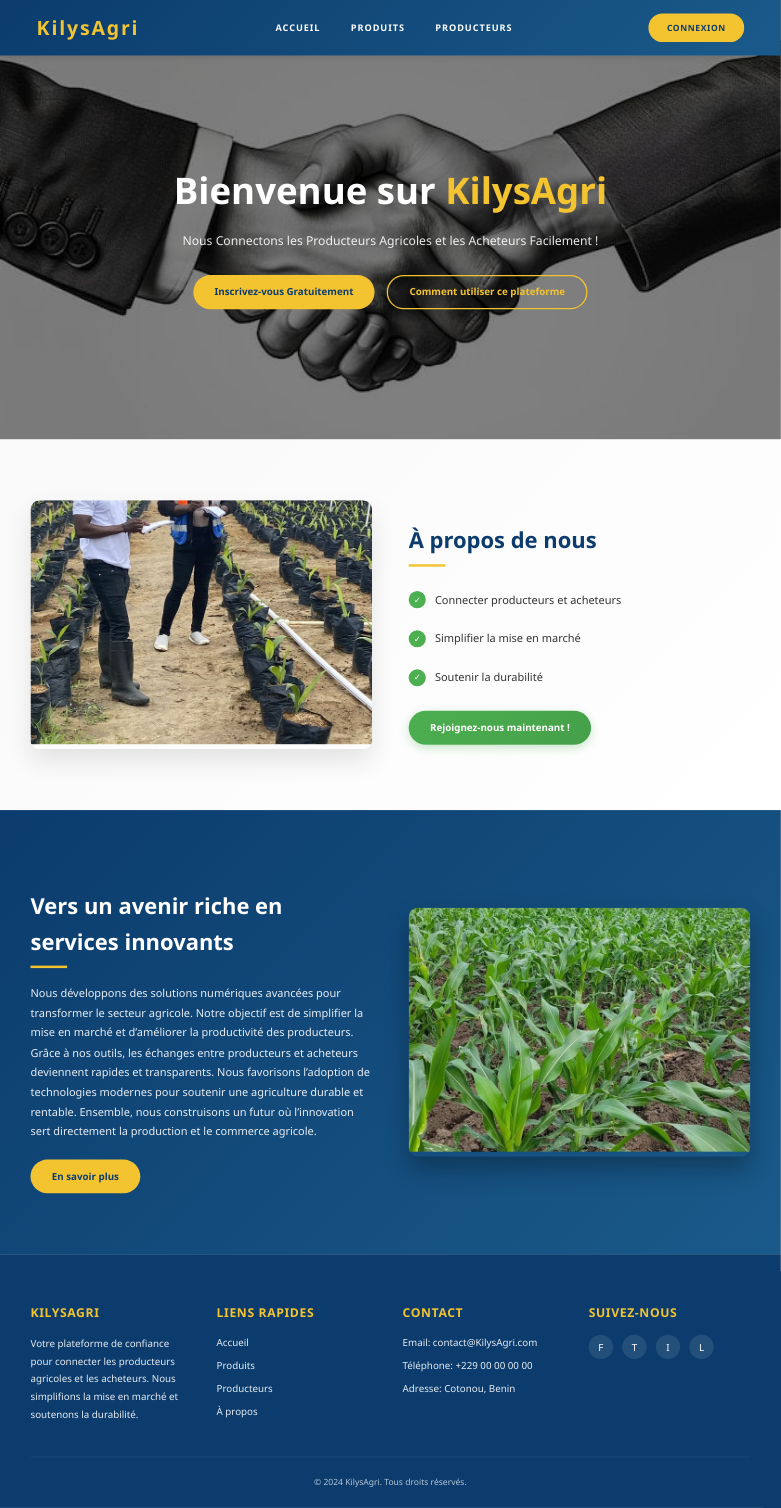
Repository: KILAYOSSI/projetdesoutenance
Page: templates/home/index.html.twig
An editor plug-in stored every save of this project. The page is shown before and after the next save, followed by the edit.
The browser window is 1280 px wide. The pictures show the whole page, at 61% of full size.
The page is a Twig template of a Symfony application; nobody is signed in and links lead nowhere. The template is opened directly, without the code that normally fills it, so the values that code supplies are empty.

Above is the page before, as saved 2026-02-25 16:20:57.

### templates/home/index.html.twig
{% extends 'base.html.twig' %}

{% block title %}Accueil - KilysAgri{% endblock %}

{% block body %}

<!-- NAVBAR -->
<nav class="navbar">
    <div class="logo">KilysAgri</div>
    <ul>
        <li><a href="#">ACCUEIL</a></li>
        <li><a href="#">PRODUITS</a></li>
        <li><a href="#">PRODUCTEURS</a></li>
    </ul>
    <a href="#" class="btn-login">CONNEXION</a>
</nav>

<!-- HERO SECTION -->
<section class="hero">
    <div class="overlay">
        <h1>Bienvenue sur <span>KilysAgri</span></h1>
        <p>Nous Connectons les Producteurs Agricoles et les Acheteurs Facilement !</p>

        <div class="buttons">
            <a href="#" class="btn-primary">Inscrivez-vous Gratuitement</a>
            <a href="#" class="btn-outline">Comment utiliser ce plateforme</a>
        </div>
    </div>
</section>

<!-- A PROPOS -->
<section class="about">
    <div class="container">
        <div class="about-image">
            <img src="{{ asset('images/zooll.jpeg') }}" alt="">
        </div>
        <div class="about-text">
            <h2>À propos de nous</h2>

            <ul>
                <li>Connecter producteurs et acheteurs</li>
                <li>Simplifier la mise en marché</li>
                <li>Soutenir la durabilité</li>
            </ul>

            <a href="#" class="btn-green">Rejoignez-nous maintenant !</a>
        </div>
    </div>
</section>

<!-- SECTION FUTUR -->
<section class="future">
    <div class="container">
        <div class="future-image">
            <img src="{{ asset('images/zzis.jpeg') }}" alt="">
        </div>
        <div class="future-text">
            <h2>Vers un avenir riche en services innovants</h2>
            <p>
                Nous développons des solutions numériques avancées pour transformer le secteur agricole.
Notre objectif est de simplifier la mise en marché et d’améliorer la productivité des producteurs.
Grâce à nos outils, les échanges entre producteurs et acheteurs deviennent rapides et transparents.
Nous favorisons l’adoption de technologies modernes pour soutenir une agriculture durable et rentable.
Ensemble, nous construisons un futur où l’innovation sert directement la production et le commerce agricole.
            </p>
            <a href="#" class="btn-primary">En savoir plus</a>
        </div>
    </div>
</section>

<!-- FOOTER -->
<footer class="footer">
    <div class="footer-container">
        <div class="footer-section">
            <h3>KilysAgri</h3>
            <p>Votre plateforme de confiance pour connecter les producteurs agricoles et les acheteurs. Nous simplifions la mise en marché et soutenons la durabilité.</p>
        </div>
        <div class="footer-section">
            <h3>Liens rapides</h3>
            <ul>
                <li><a href="#">Accueil</a></li>
                <li><a href="#">Produits</a></li>
                <li><a href="#">Producteurs</a></li>
                <li><a href="#">À propos</a></li>
            </ul>
        </div>
        <div class="footer-section">
            <h3>Contact</h3>
            <ul>
                <li><a href="#">Email: contact@KilysAgri.com</a></li>
                <li><a href="#">Téléphone: +229 00 00 00 00</a></li>
                <li><a href="#">Adresse: Cotonou, Benin</a></li>
            </ul>
        </div>
        <div class="footer-section">
            <h3>Suivez-nous</h3>
            <div class="social-links">
                <a href="#">F</a>
                <a href="#">T</a>
                <a href="#">I</a>
                <a href="#">L</a>
            </div>
        </div>
    </div>
    <div class="footer-bottom">
        <p>&copy; 2024 KilysAgri. Tous droits réservés.</p>
    </div>
</footer>

{% endblock %}

### templates/base.html.twig
<!DOCTYPE html>
<html>
    <head>
        <meta charset="UTF-8">
        <title>{% block title %}Welcome!{% endblock %}</title>
        <link rel="stylesheet" href="{{ asset('css/style.css') }}">
        {% block stylesheets %}{% endblock %}
        {% block javascripts %}{% endblock %}
    </head>
    <body>
        {% block body %}{% endblock %}
    </body>
</html>

### public/css/style.css
body {
    margin: 0;
    font-family: 'Segoe UI', Arial, sans-serif;
    color: #333;
    line-height: 1.6;
}

/* NAVBAR */
.navbar {
    display: flex;
    justify-content: space-between;
    align-items: center;
    background: linear-gradient(135deg, #0b3c6d 0%, #1a5a8a 100%);
    padding: 20px 60px;
    position: fixed;
    width: 100%;
    top: 0;
    z-index: 1000;
    box-shadow: 0 2px 10px rgba(0,0,0,0.1);
    box-sizing: border-box;
}

.navbar .logo {
    color: #f4c430;
    font-size: 32px;
    font-weight: 800;
    letter-spacing: 3px;
    flex-shrink: 0;
}

.navbar ul {
    list-style: none;
    display: flex;
    gap: 50px;
    margin: 0;
    padding: 0;
    justify-content: center;
    flex-grow: 1;
}

.navbar ul li a {
    color: white;
    text-decoration: none;
    font-weight: 600;
    font-size: 15px;
    text-transform: uppercase;
    letter-spacing: 1.5px;
    transition: color 0.3s;
    padding: 10px 0;
    position: relative;
}

.navbar ul li a::after {
    content: '';
    position: absolute;
    bottom: 0;
    left: 0;
    width: 0;
    height: 2px;
    background: #f4c430;
    transition: width 0.3s;
}

.navbar ul li a:hover {
    color: #f4c430;
}

.navbar ul li a:hover::after {
    width: 100%;
}

.btn-login {
    background: #f4c430;
    color: #0b3c6d;
    padding: 12px 30px;
    text-decoration: none;
    border-radius: 30px;
    font-weight: 700;
    font-size: 14px;
    text-transform: uppercase;
    letter-spacing: 1px;
    transition: all 0.3s;
    flex-shrink: 0;
}

.btn-login:hover {
    transform: translateY(-2px);
    box-shadow: 0 5px 20px rgba(244, 196, 48, 0.5);
    background: #ffe066;
}

/* HERO */
.hero {
    height: 100vh;
    background: linear-gradient(rgba(0,0,0,0.5), rgba(0,0,0,0.5)), url('../images/ZOS.jpeg') center/cover no-repeat;
    position: relative;
    display: flex;
    align-items: center;
    justify-content: center;
}

.overlay {
    text-align: center;
    color: white;
    padding: 20px;
    max-width: 800px;
}

.overlay h1 {
    font-size: 60px;
    margin-bottom: 20px;
    font-weight: 700;
}

.overlay span {
    color: #f4c430;
}

.overlay p {
    font-size: 20px;
    margin-bottom: 40px;
    opacity: 0.9;
}

.buttons {
    display: flex;
    gap: 20px;
    justify-content: center;
    flex-wrap: wrap;
}

.btn-primary {
    background: #f4c430;
    padding: 15px 35px;
    color: #0b3c6d;
    text-decoration: none;
    border-radius: 30px;
    font-weight: bold;
    font-size: 16px;
    transition: all 0.3s;
}

.btn-primary:hover {
    background: #e5b82a;
    transform: translateY(-3px);
    box-shadow: 0 10px 25px rgba(244, 196, 48, 0.4);
}

.btn-outline {
    border: 2px solid #f4c430;
    padding: 13px 35px;
    color: #f4c430;
    text-decoration: none;
    border-radius: 30px;
    font-weight: bold;
    font-size: 16px;
    transition: all 0.3s;
}

.btn-outline:hover {
    background: #f4c430;
    color: #0b3c6d;
}

/* ABOUT SECTION */
.about {
    padding: 100px 50px;
    background: linear-gradient(135deg, #f9f9f9 0%, #ffffff 100%);
}

.about .container {
    display: flex;
    align-items: center;
    gap: 60px;
    max-width: 1200px;
    margin: 0 auto;
}

.about-image {
    flex: 1;
    border-radius: 15px;
    overflow: hidden;
    box-shadow: 0 20px 40px rgba(0,0,0,0.1);
}

.about-image img {
    width: 100%;
    height: 400px;
    object-fit: cover;
    transition: transform 0.5s;
}

.about-image:hover img {
    transform: scale(1.05);
}

.about-text {
    flex: 1;
}

.about-text h2 {
    color: #0b3c6d;
    font-size: 36px;
    margin-bottom: 25px;
    position: relative;
}

.about-text h2::after {
    content: '';
    display: block;
    width: 60px;
    height: 4px;
    background: #f4c430;
    margin-top: 10px;
}

.about-text ul {
    list-style: none;
    padding: 0;
    margin: 30px 0;
}

.about-text ul li {
    font-size: 18px;
    margin-bottom: 15px;
    padding: 10px 0;
    display: flex;
    align-items: center;
}

.about-text ul li::before {
    content: '✓';
    background: #4CAF50;
    color: white;
    width: 28px;
    height: 28px;
    border-radius: 50%;
    display: inline-flex;
    align-items: center;
    justify-content: center;
    margin-right: 15px;
    font-size: 14px;
}

.btn-green {
    display: inline-block;
    background: linear-gradient(135deg, #4CAF50 0%, #45a049 100%);
    padding: 15px 35px;
    color: white;
    text-decoration: none;
    border-radius: 30px;
    font-weight: bold;
    font-size: 16px;
    transition: all 0.3s;
    box-shadow: 0 5px 15px rgba(76, 175, 80, 0.3);
}

.btn-green:hover {
    transform: translateY(-3px);
    box-shadow: 0 10px 25px rgba(76, 175, 80, 0.4);
}

/* FUTURE SECTION */
.future {
    padding: 100px 50px;
    background: linear-gradient(135deg, #0b3c6d 0%, #1a5a8a 100%);
    color: white;
}

.future .container {
    display: flex;
    align-items: center;
    gap: 60px;
    max-width: 1200px;
    margin: 0 auto;
    flex-direction: row-reverse;
}

.future-image {
    flex: 1;
    border-radius: 15px;
    overflow: hidden;
    box-shadow: 0 20px 40px rgba(0,0,0,0.3);
}

.future-image img {
    width: 100%;
    height: 400px;
    object-fit: cover;
    transition: transform 0.5s;
}

.future-image:hover img {
    transform: scale(1.05);
}

.future-text {
    flex: 1;
}

.future-text h2 {
    font-size: 36px;
    margin-bottom: 25px;
    position: relative;
}

.future-text h2::after {
    content: '';
    display: block;
    width: 60px;
    height: 4px;
    background: #f4c430;
    margin-top: 10px;
}

.future-text p {
    font-size: 18px;
    line-height: 1.8;
    opacity: 0.9;
    margin-bottom: 30px;
}

.future .btn-primary {
    display: inline-block;
}

/* Responsive Design */
@media (max-width: 968px) {
    .about .container,
    .future .container {
        flex-direction: column;
        text-align: center;
    }

    .about-text h2::after,
    .future-text h2::after {
        margin: 10px auto;
    }

    .about-text ul li {
        justify-content: center;
    }

    .navbar {
        padding: 15px 20px;
    }

    .navbar ul {
        gap: 20px;
    }

    .overlay h1 {
        font-size: 40px;
    }
}

@media (max-width: 576px) {
    .navbar {
        flex-direction: column;
        gap: 15px;
    }

    .navbar ul {
        flex-direction: column;
        gap: 10px;
        text-align: center;
    }

    .buttons {
        flex-direction: column;
    }

    .overlay h1 {
        font-size: 32px;
    }

    .about, .future {
        padding: 60px 20px;
    }
}

/* FOOTER */
.footer {
    background: #0b3c6d;
    color: white;
    padding: 60px 50px 30px;
}

.footer-container {
    display: flex;
    justify-content: space-between;
    flex-wrap: wrap;
    gap: 40px;
    max-width: 1200px;
    margin: 0 auto 40px;
}

.footer-section {
    flex: 1;
    min-width: 250px;
}

.footer-section h3 {
    color: #f4c430;
    font-size: 20px;
    margin-bottom: 20px;
    text-transform: uppercase;
    letter-spacing: 1px;
}

.footer-section p {
    line-height: 1.8;
    opacity: 0.9;
}

.footer-section ul {
    list-style: none;
    padding: 0;
    margin: 0;
}

.footer-section ul li {
    margin-bottom: 12px;
}

.footer-section ul li a {
    color: white;
    text-decoration: none;
    opacity: 0.9;
    transition: all 0.3s;
}

.footer-section ul li a:hover {
    color: #f4c430;
    padding-left: 5px;
}

.footer-bottom {
    text-align: center;
    padding-top: 30px;
    border-top: 1px solid rgba(255,255,255,0.1);
}

.footer-bottom p {
    margin: 0;
    opacity: 0.7;
    font-size: 14px;
}

.social-links {
    display: flex;
    gap: 15px;
    margin-top: 20px;
}

.social-links a {
    display: inline-flex;
    align-items: center;
    justify-content: center;
    width: 40px;
    height: 40px;
    background: rgba(255,255,255,0.1);
    border-radius: 50%;
    color: white;
    text-decoration: none;
    transition: all 0.3s;
}

.social-links a:hover {
    background: #f4c430;
    color: #0b3c6d;
    transform: translateY(-3px);
}

@media (max-width: 768px) {
    .footer {
        padding: 40px 20px 20px;
    }

    .footer-container {
        flex-direction: column;
        gap: 30px;
    }
}

After the next save:
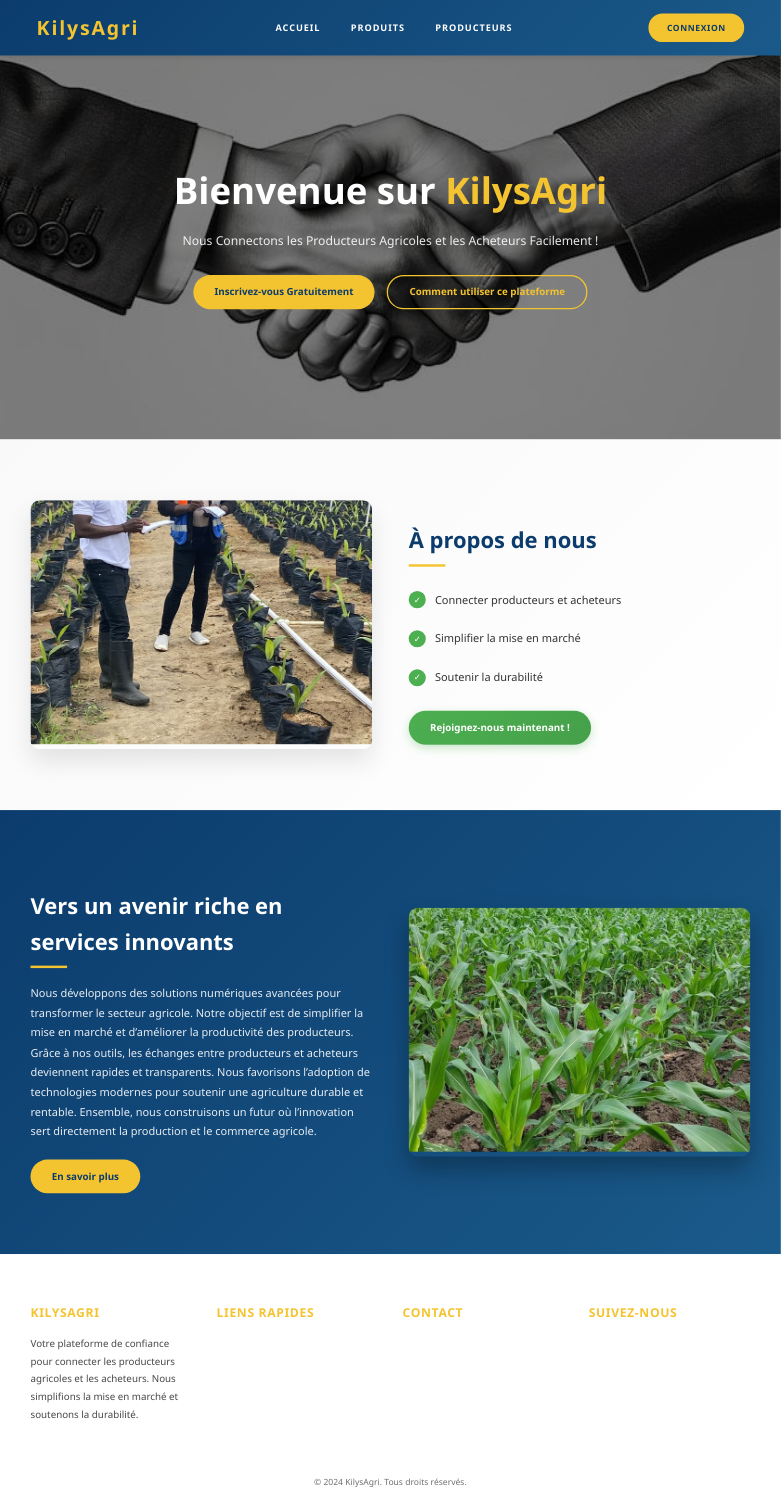
Saved 5 min 13 s later.
--- a/public/css/style.css
+++ b/public/css/style.css
@@ -381,8 +381,8 @@ body {
 
 /* FOOTER */
 .footer {
-    background: #0b3c6d;
-    color: white;
+    background: #ffffff;
+    color: #333;
     padding: 60px 50px 30px;
 }
 
